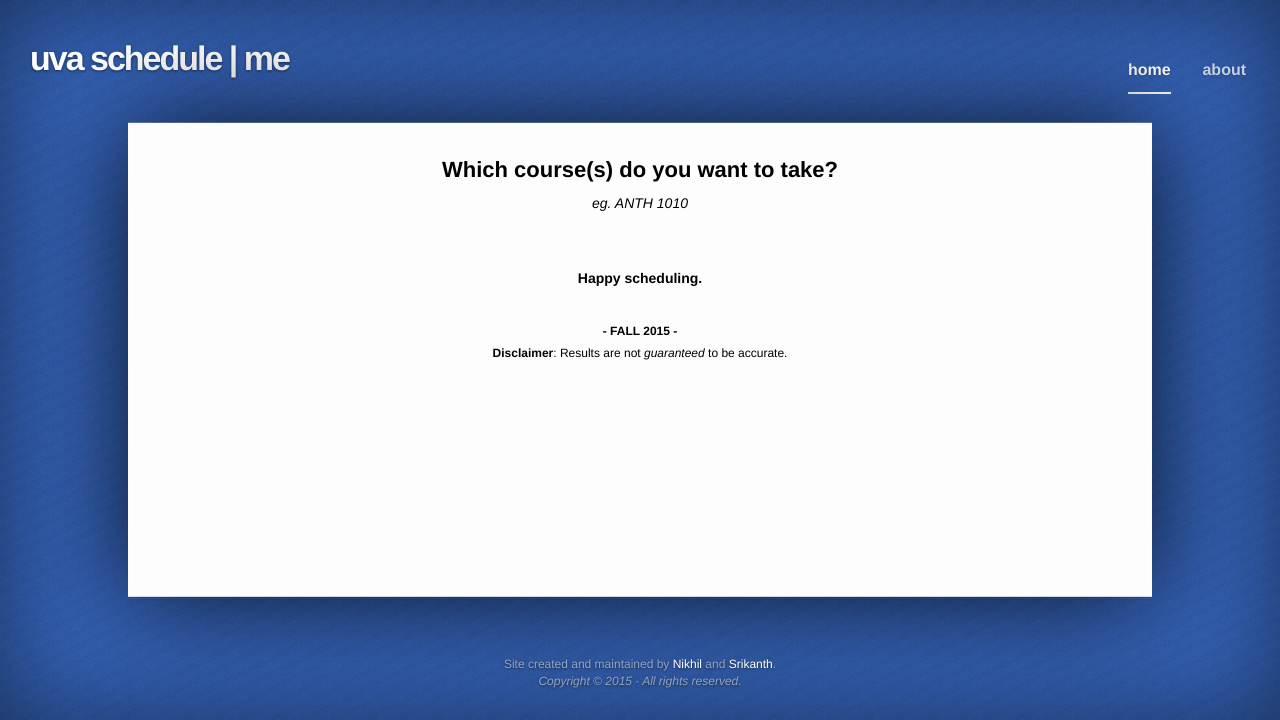
Repository: nathan-williams/uvaschedule_me
Page: templates/index.html
The author's editor kept a record of every edit. The page is drawn from the files as they stood at one moment, then again after the next edit.
The browser window is 1280 px wide. The pictures show the whole page.
Some web libraries are served in a nearby version. The template is drawn by Django 2.2. The application's start-up code is not run. The template is opened directly, without the code that normally fills it, so the values that code supplies are empty.

Above is the page before.

After the next edit:
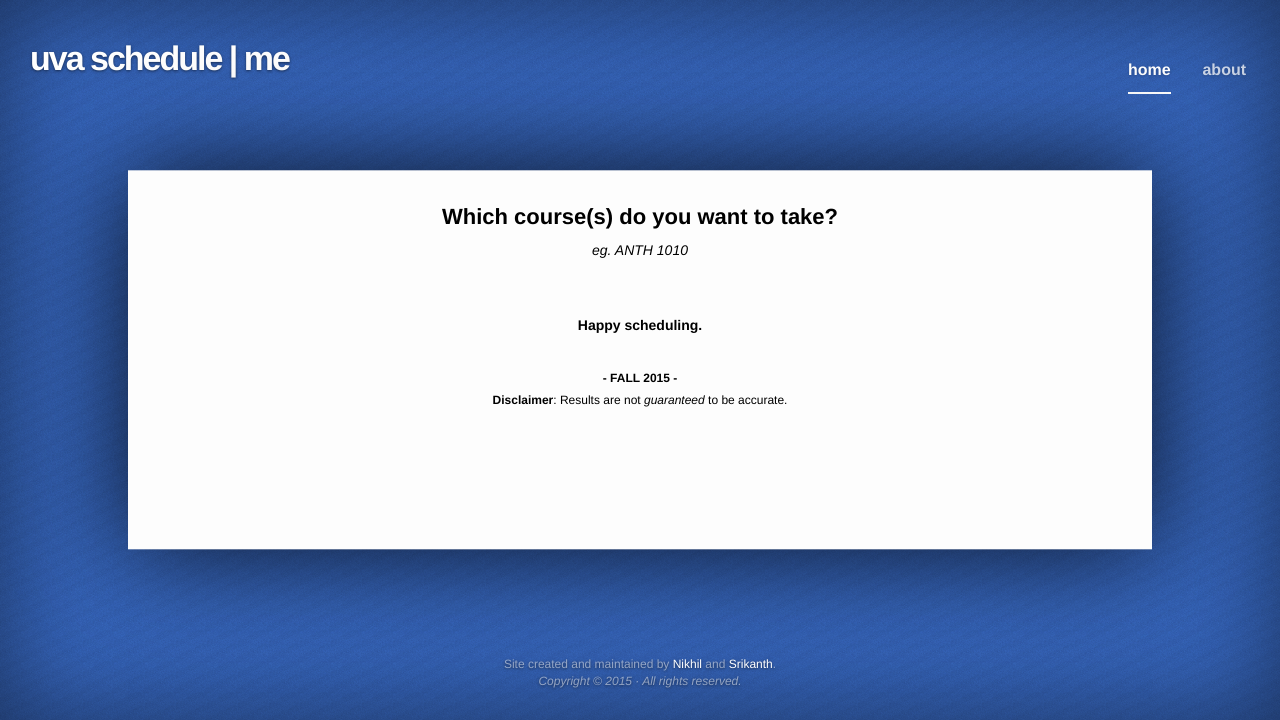
The edit:
--- a/templates/index.html
+++ b/templates/index.html
@@ -182,7 +182,7 @@
                                 function showAds() {
                                     //ads.eq(0).fadeIn(100); //[test for uva schedule]
                                     //ads.eq(1).fadeIn(100); //uva schedule | me - EDITOR
-                                    ads.eq(2).fadeIn(100); //uva schedule | me - LIVE
+                                    //ads.eq(2).fadeIn(100); //uva schedule | me - LIVE
                                     ads.eq(3).fadeIn(100); //uva schedule | me - 05312015
                                 }
 
